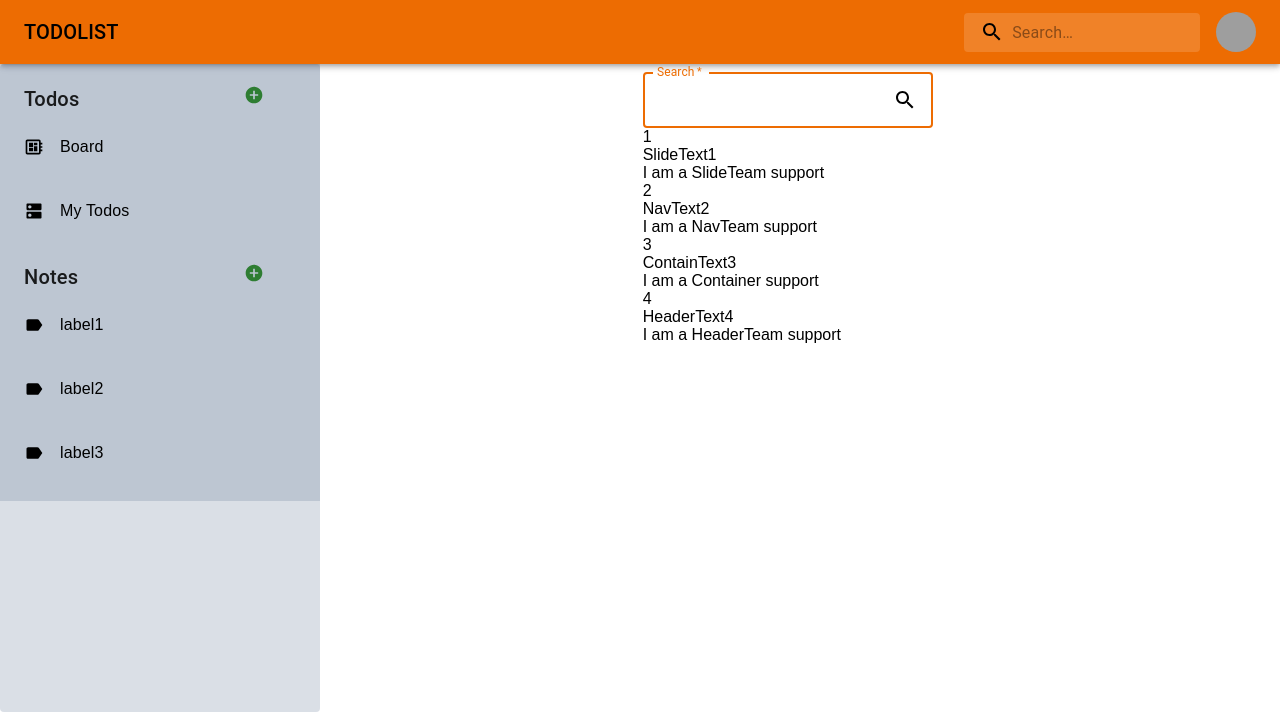
Repository: HrishrathTBS/Trackerbea
Page: / (app in client/)
An editor plug-in stored every save of this project. The page is shown before and after the next save, followed by the edit.
The browser window is 1280 px wide. The pictures show the whole page.
Pictures or frames that could not be fetched are drawn as grey boxes. The project was rebuilt for these pictures with package versions that can differ from the ones it lists, and the page was loaded fresh each time. Also part of the build but not shown: client/src/components/TodoList.js, client/src/components/Board.js, client/src/components/ListOfBar.js, client/src/components/MyTodos.js, client/src/pages/Label/Label1.js, client/src/pages/Label/Label2.js, client/src/pages/Label/Label3.js.

Above is the page before, as saved 2022-03-10 18:21:56.

After the next save:
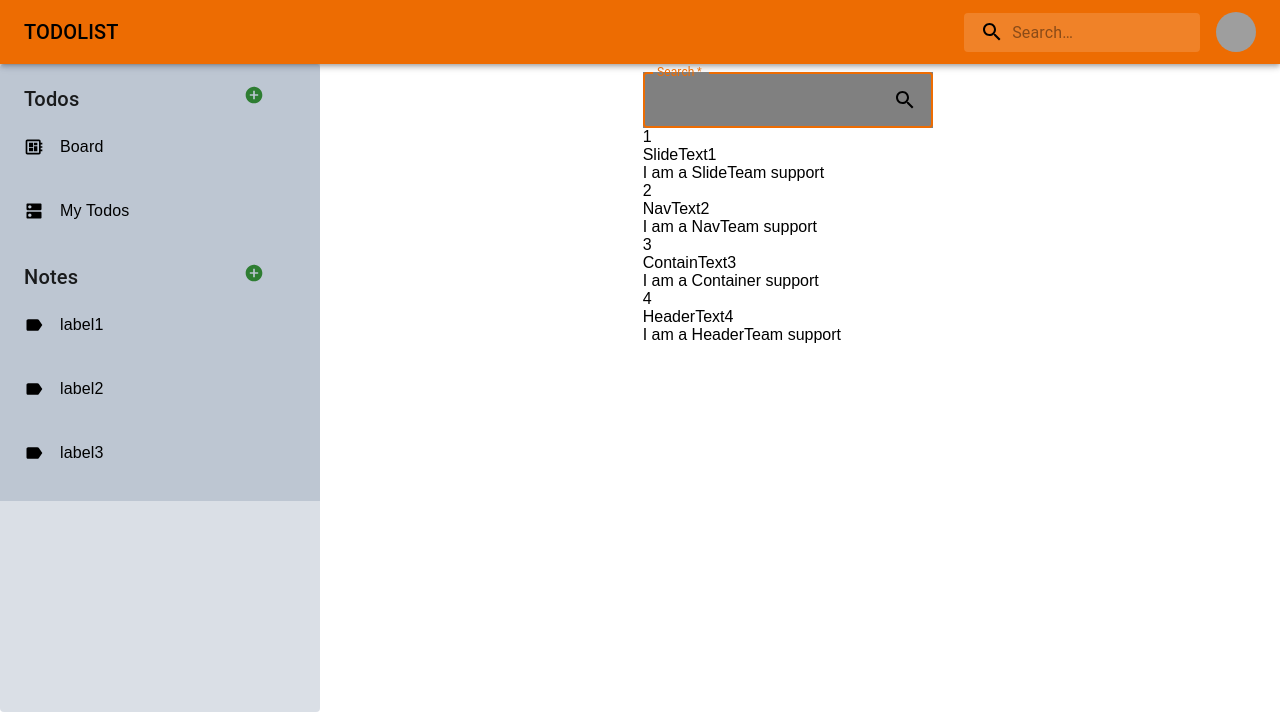
Saved 3 min 14 s later.
--- a/client/src/components/Filter.js
+++ b/client/src/components/Filter.js
@@ -23,7 +23,19 @@
       <Grid container justifyContent='center' m={1}>
         <Grid item xs={4}>
           <Box sx={{ display: 'flex', alignItems: 'center' }}>
-            <TextField autoComplete='text' value={search} color='warning' variant='outlined' fullWidth id='search' label='Search' onChange={handleChange} autoFocus required />
+            <TextField
+              sx={{ bgcolor: 'GrayText' }}
+              autoComplete='text'
+              value={search}
+              color='warning'
+              variant='outlined'
+              fullWidth
+              id='search'
+              label='Search'
+              onChange={handleChange}
+              autoFocus
+              required
+            />
             <SearchIcon sx={{ position: 'relative', right: '40px' }} />
           </Box>
           {teams.map((team) => (

After the save that followed:
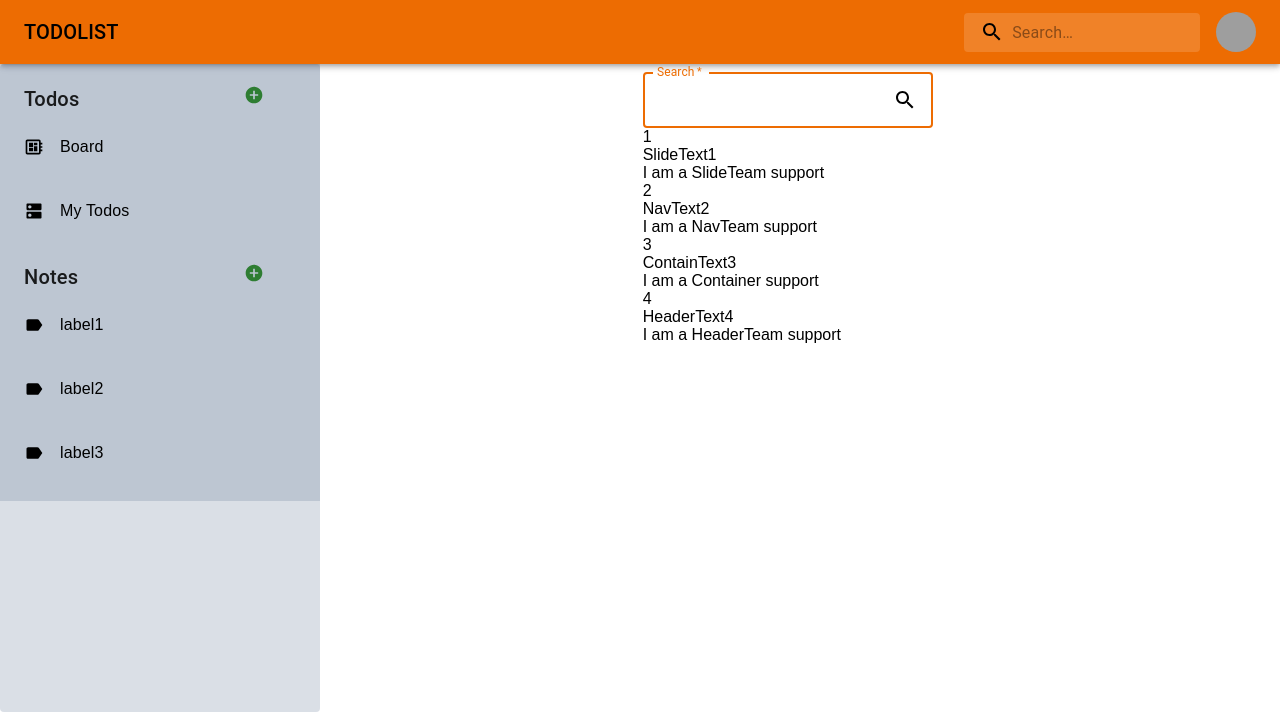
Saved 31 s later.
--- a/client/src/components/Filter.js
+++ b/client/src/components/Filter.js
@@ -24,7 +24,7 @@
         <Grid item xs={4}>
           <Box sx={{ display: 'flex', alignItems: 'center' }}>
             <TextField
-              sx={{ bgcolor: 'GrayText' }}
+              sx={{ bgcolor: 'transparent' }}
               autoComplete='text'
               value={search}
               color='warning'
